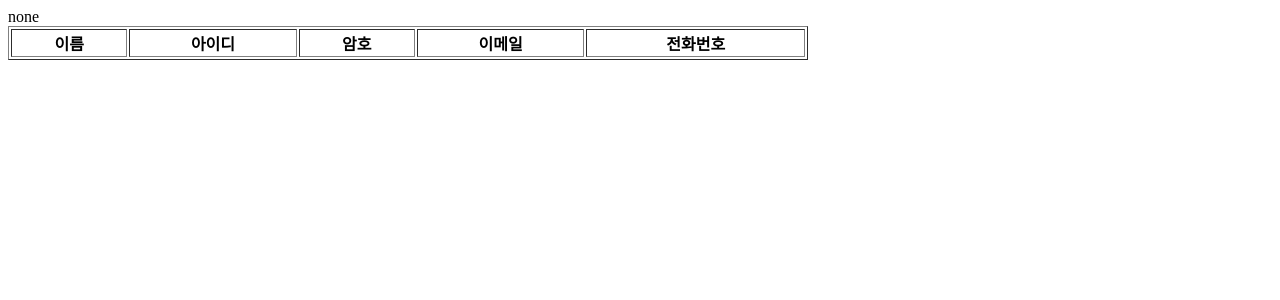
Repository: o3orr/jsp_study
Page: http://localhost/web-study-08/01_allMember.jsp
An editor plug-in stored every save of this project. The page is shown before and after the next save, followed by the edit.
The browser window is 1280 px wide. The pictures show the whole page.
The page is served by Tomcat 9. Queries for data that is not in the repository find no rows.

Above is the page before, as saved 2024-03-05 04:11:59.

### web-study-08/src/main/webapp/01_allMember.jsp
<%@page import="java.sql.ResultSet"%>
<%@page import="java.sql.Statement"%>
<%@page import="java.sql.Connection"%>
<%@page import="java.sql.DriverManager"%>
<%@ page language="java" contentType="text/html; charset=UTF-8"
    pageEncoding="UTF-8"%>
<!DOCTYPE html>
<html>
<head>
<meta charset="UTF-8">
<title>Insert title here</title>
</head>
<body>
<table width="800" border="1">
	<tr>
		<th>이름</th>
		<th>아이디</th>
		<th>암호</th>
		<th>이메일</th>
		<th>전화번호</th>
	</tr>

	<%

		// 자바 sql 써줘야함 임포트는
		String url = "jdbc:oracle:thin:@localhost:1521:xe";
		Connection con = null; //연결된 정보 가지고 있음
		Statement stmt = null;
		ResultSet rs = null; //select 결과 가져옴
		String sql = "select * from member";

		try {
			// 1.드라이브 로드
			Class.forName("oracle.jdbc.driver.OracleDriver");

			// 2. 데이터베이스 연결
			con = DriverManager.getConnection(url, "c##ezen", "1234");
			// 오라클 연결 주소값, ezen, 1234

			// 3. sql 구문 전송 및 실행 결과 rs참조
			stmt = con.createStatement(); //전송
			rs = stmt.executeQuery(sql); // 실행결과
			out.println(rs);

			// 4. 데이터베이스 값 출력
			/* while(rs.next()) {
				out.println("<tr>");
				out.println("<td>"+ rs.getString("name") + "</td>");
				out.println("<td>"+ rs.getString("userid") + "</td>");
				out.println("<td>"+ rs.getString("pwd") + "</td>");
				out.println("<td>"+ rs.getString("email") + "</td>");
				out.println("<td>"+ rs.getString("phone") + "</td>");
				out.println("<td>"+ rs.getInt("admin") + "</td>");
				out.println("</tr>");
			} */
			while(rs.next()) {
				out.println("<tr>");
				out.println("<td>"+ rs.getString(1) + "</td>");
				out.println("<td>"+ rs.getString(2) + "</td>");
				out.println("<td>"+ rs.getString(3) + "</td>");
				out.println("<td>"+ rs.getString(4) + "</td>");
				out.println("<td>"+ rs.getString(5) + "</td>");
				out.println("<td>"+ rs.getInt(6) + "</td>");
				out.println("</tr>");
			}
		} catch(Exception e){
			e.printStackTrace();
		} finally {
			try {
				if (rs != null) rs.close();
				if (stmt != null) stmt.close();
				if (con != null) con.close();
			}catch(Exception e){
				e.printStackTrace();
			}
		}
	%>
</table>
</body>
</html>

After the next save:
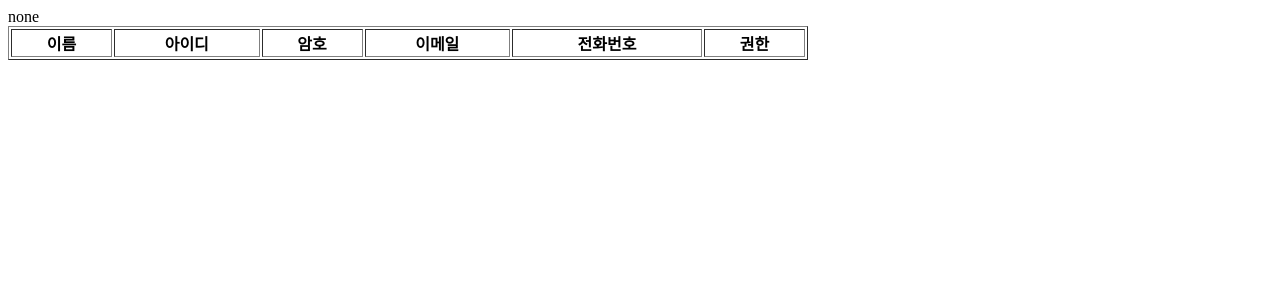
Saved 41 s later.
--- a/web-study-08/src/main/webapp/01_allMember.jsp
+++ b/web-study-08/src/main/webapp/01_allMember.jsp
@@ -18,6 +18,7 @@
 		<th>암호</th>
 		<th>이메일</th>
 		<th>전화번호</th>
+		<th>권한</th>
 	</tr>
 
 	<%
